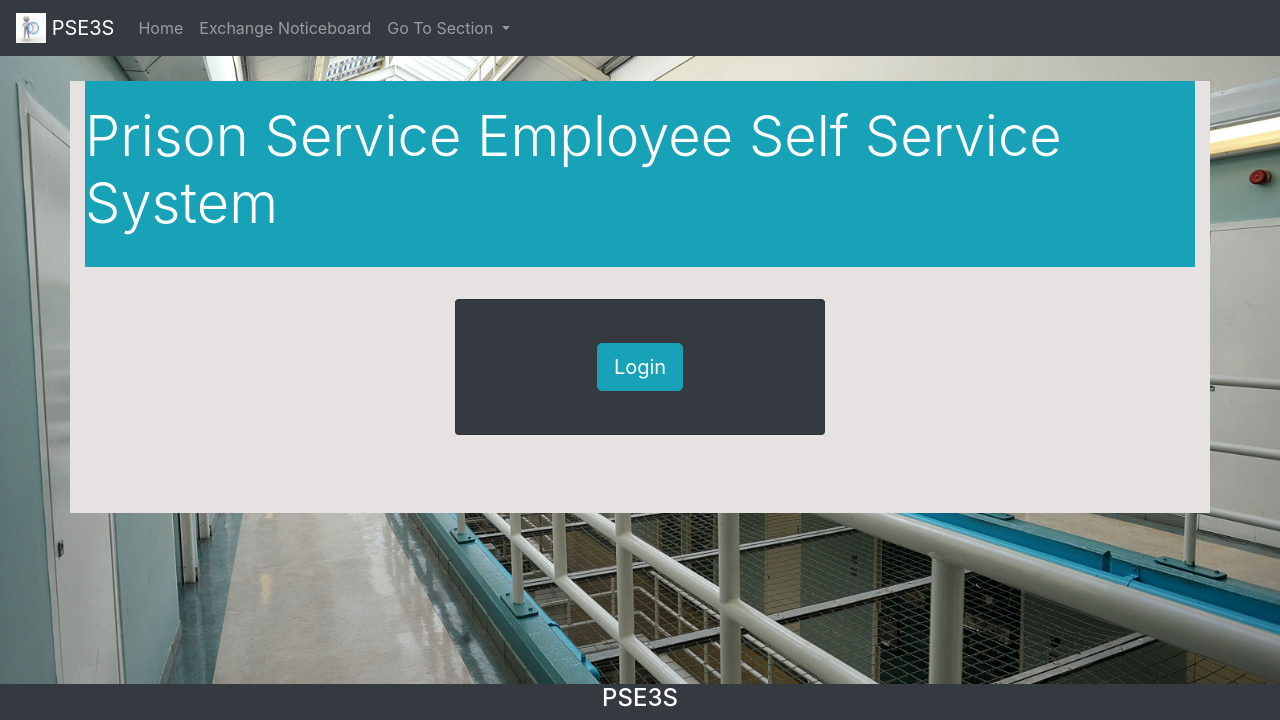
Repository: KikiDow/DitProjPractise2
Page: clockings/templates/landing_page.html
The author's editor kept a record of every edit. The page is drawn from the files as they stood at one moment, then again after the next edit.
The browser window is 1280 px wide. The pictures show the whole page.
Some web libraries are served in a nearby version. The template is drawn by Django 2.2. The application's start-up code is not run. The template is opened directly, without the code that normally fills it, so the values that code supplies are empty.

Above is the page before.

After the next edit:
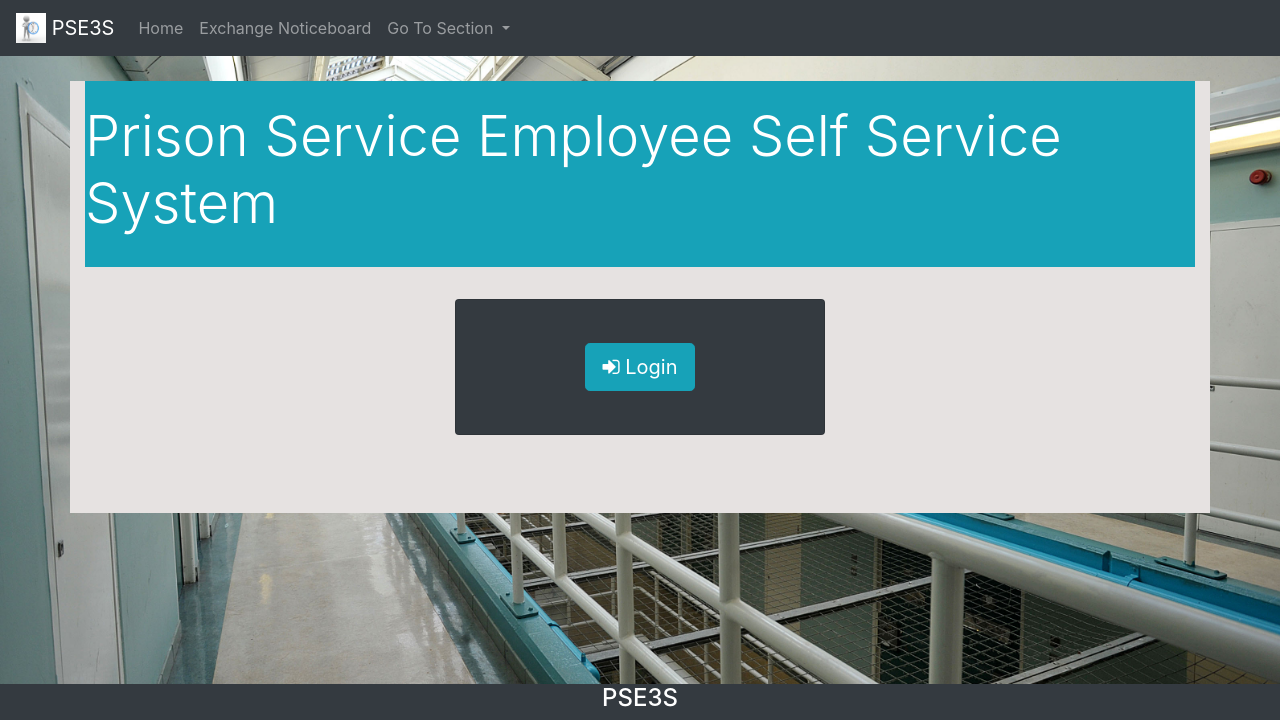
The edit:
--- a/clockings/templates/landing_page.html
+++ b/clockings/templates/landing_page.html
@@ -12,7 +12,7 @@
         <div class="col-4 col-sm-2"></div>
         <div class="card bg-dark col-xl-4 col-lg-4 col-md-4 col-sm-6 d-flex justify-content-center">
           <div class="card-body d-flex justify-content-center">
-            <a class="btn btn-info btn-lg" style="margin-top:5vh; margin-bottom:5vh;" href="{% url 'login' %}"> Login </a></div>
+            <a class="btn btn-info btn-lg" style="margin-top:5vh; margin-bottom:5vh;" href="{% url 'login' %}"><i class="fa fa-sign-in"></i> Login </a></div>
           </div>
         <div class="col-4 col-sm-2"></div>
     </div>
